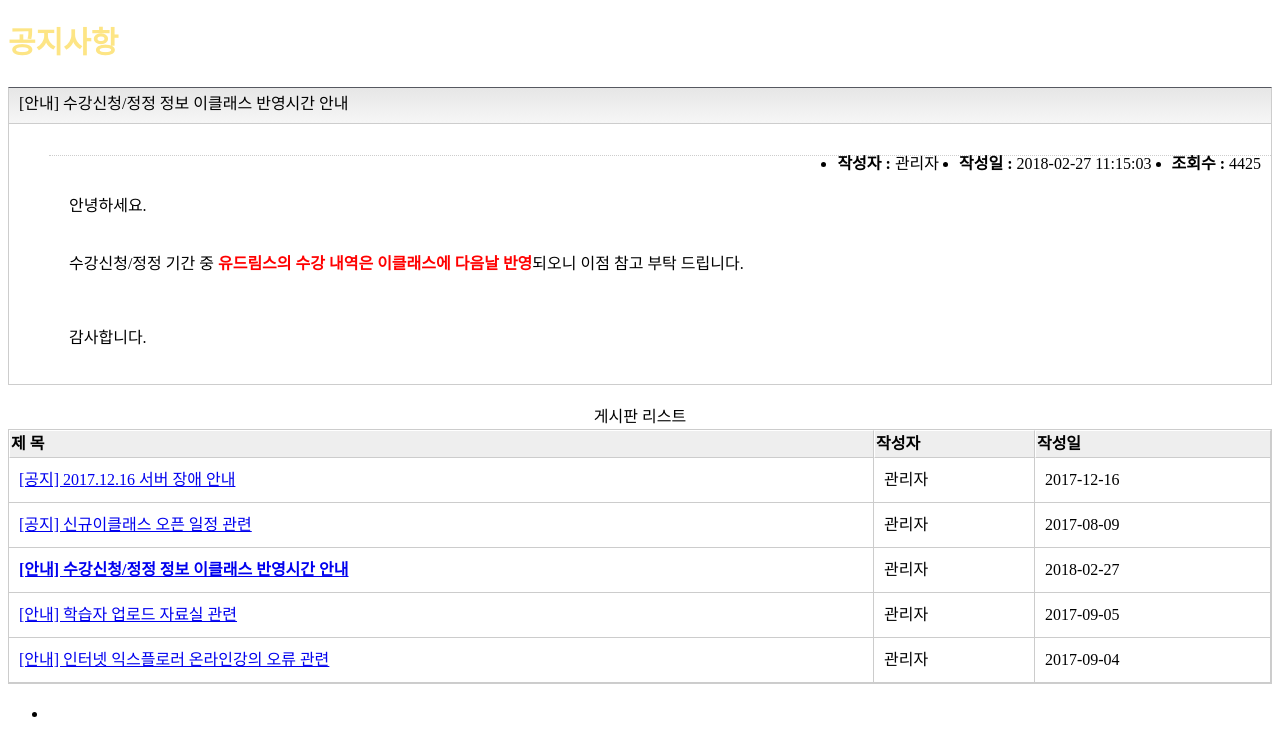
Repository: CSID-DGU/2019-1-CECD3-FFChain-2
Page: http://localhost/icip.app/WEB-INF/jsp/icip/notice/noticeView.jsp
The author's editor kept a copy of each file at every save. The page is drawn from the files as they stood at one save, then again after the next save.
The browser window is 1280 px wide. The pictures show the whole page.
The page is served by Tomcat 9. Nobody is signed in. Other server files are loaded and not shown. The template is opened directly, without the code that normally fills it, so the values that code supplies are empty.

Above is the page before, as saved 2019-08-19 11:34:38.

### icip.app/src/main/webapp/WEB-INF/jsp/icip/notice/noticeView.jsp
<%@ page contentType="text/html; charset=utf-8" pageEncoding="utf-8"%>
<%@ taglib prefix="fmt" uri="http://java.sun.com/jsp/jstl/fmt"%>
<%@ taglib prefix="c" uri="http://java.sun.com/jsp/jstl/core"%>
<%@ taglib prefix="form" uri="http://www.springframework.org/tags/form"%>
<%@ taglib uri="http://java.sun.com/jsp/jstl/functions" prefix="fn"%>
<%@ taglib prefix="spring" uri="http://www.springframework.org/tags"%>
<!DOCTYPE html PUBLIC "-//W3C//DTD HTML 4.01 Transitional//EN" "http://www.w3.org/TR/html4/loose.dtd">
<html>
<head>
</head>
<style>
#listBox div.listContent > dd > ul > li
{
    float: left;
    margin-right: 20px;
}
#listBox div.listContent dd.info {
    padding: 0 10px;
    border-bottom: 1px dotted #cdcdcd;
    height:15px;
    line-height:15px;
}
#listBox div.listContent dt {
    padding: 5px 10px;
    border-bottom: 1px solid #cdcdcd;
    line-height: 22px;
    min-height: 25px;
    background: #e6e6e6;
    background: -webkit-gradient(linear, 0 0, 0 bottom, from(#e6e6e6), to(#f6f6f6));
    background: -webkit-linear-gradient(#e6e6e6, #f6f6f6);
    background: -moz-linear-gradient(#e6e6e6, #f6f6f6);
    background: -ms-linear-gradient(#e6e6e6, #f6f6f6);
    background: -o-linear-gradient(#e6e6e6, #f6f6f6);
    background: linear-gradient(#e6e6e6, #f6f6f6);
}
div.cont
{
padding:20px;
}

#listBox div.listContent {
    clear: both;
    position: relative;
    margin-bottom: 20px;
    border: 1px solid #cdcdcd;
    border-top: 1px solid #565860;
}
.boardListBasic {
    width: 100%;
    border: 1px solid #cdcdcd;
    border-top: 1px solid #565860;
}

table.boardListBasic {
    border-collapse: separate;
    border-spacing: 0;
    text-align: left;
    line-height: 1.5;
    border-top: 1px solid #ccc;
    border-left: 1px solid #ccc;
}

table.boardListBasic th {
    font-weight: bold;
    vertical-align: top;
    border-right: 1px solid #ccc;
    border-bottom: 1px solid #ccc;
    border-top: 1px solid #fff;
    border-left: 1px solid #fff;
    background: #eee;
}
table.boardListBasic td {
    padding: 10px;
    vertical-align: top;
    border-right: 1px solid #ccc;
    border-bottom: 1px solid #ccc;
}

</style>
<body>
<div style = "padding-top: 10px; font-size:30px; padding-bottom:25px; color : #fde585; font-weight:bold " >
공지사항
</div>
<div id="listBox">
				<div class="listContent">
				<dt>
						 [안내] 수강신청/정정 정보 이클래스 반영시간 안내
				</dt>
						<dd class="info">
							<ul class="fl ml10">
							</ul>
							<ul class="fr mr10" style="float:right;">
							<li><b>작성자 :</b> <span id="suserinfo" style="" onclick="javascript:learnerInfo('admin1');">관리자</span></li>
							<li><b>작성일 :</b> 2018-02-27 11:15:03</li>
							<li class="m0" style="margin-right:0px"><b>조회수 :</b> 4425</li>
							</ul>
						</dd>
						<dd>
							<div class="cont"><p>안녕하세요. </p><p><br>수강신청/정정 기간 중 <strong><span style="color: rgb(255, 0, 0);">유드림스의 수강 내역은 </span><font color="#ff0000">이클래스에 다음날 반영</font></strong>되오니 이점 참고 부탁 드립니다.</p><p><br></p><p>감사합니다.<br></p></div>

						</dd>
						</dl>

							<div class="answerArea">

						</div>
					</div>

						<div id="listBox">
						</div><table class="boardListBasic" summary="게시판 리스트입니다.">
							<caption>게시판 리스트</caption>
							<thead>
								<tr class="odd-row">
									<th class="first">제 목</th>
									<th>작성자</th>
									<th class="last">작성일</th>
								</tr>
							</thead>
							<tbody>

									<tr class="odd-row">
											<td class="textLeft first">
												<div style="margin-left: 0px;" align="absmiddle" alt="">
													<a href="#;" onclick="javascript:moveBoardView('BOAD_171216110316331d7655', '0')">

															[공지] 2017.12.16 서버 장애 안내
													</a>
												</div>
											</td>
											<td>
												관리자
											</td>
											<td class="last">
												2017-12-16
											</td>
										</tr>

										<tr>
											<td class="textLeft first">
												<div style="margin-left: 0px;" align="absmiddle" alt="">
													<a href="#;" onclick="javascript:moveBoardView('BOAD_170809131412cfe20003', '0')">

															[공지] 신규이클래스 오픈 일정 관련
													</a>
												</div>
											</td>
											<td>
												관리자
											</td>
											<td class="last">
												2017-08-09
											</td>
										</tr>
										<tr class="odd-row">
											<td class="textLeft first">
												<div style="margin-left: 0px;" align="absmiddle" alt="">
													<a href="#;" onclick="javascript:moveBoardView('BOAD_180227111503550900e1', '0')">

															<b><i class="icon-arrow-small-black"></i>[안내] 수강신청/정정 정보 이클래스 반영시간 안내</b>
													</a>
												</div>
											</td>
											<td>
												관리자
											</td>
											<td class="last">
												2018-02-27
											</td>
										</tr>

										<tr>
											<td class="textLeft first">
												<div style="margin-left: 0px;" align="absmiddle" alt="">
													<a href="#;" onclick="javascript:moveBoardView('BOAD_170905182259ef57201b', '0')">

															[안내] 학습자 업로드 자료실 관련
													</a>
												</div>
											</td>
											<td>
												관리자
											</td>
											<td class="last">
												2017-09-05
											</td>
										</tr>

										<tr class="odd-row">
											<td class="textLeft first">
												<div style="margin-left: 0px;" align="absmiddle" alt="">
													<a href="#;" onclick="javascript:moveBoardView('BOAD_170904164429ea1c03c0', '0')">

															[안내] 인터넷 익스플로러 온라인강의 오류 관련
													</a>
												</div>
											</td>
											<td>
												관리자
											</td>
											<td class="last">
												2017-09-04
											</td>
										</tr>
							</tbody>
						</table>
						<ul class="btnBox">
								<li style =" padding-left : 500px">
									<a class="btn small" href="noticeList.do" style="color: white;">
										<i class="icon-report-small-color"></i>
										목 록
									</a>
								</li>
							</ul>
<script>
//목록
function fn_cancel(){

    var form = document.getElementById("viewForm");

    form.action = "<c:url value='noticeList.do'/>";
    form.submit();

}

//수정
function fn_update(){

    var form = document.getElementById("viewForm");

    form.action = "<c:url value='updateNotice.do'/>";
    form.submit();
}
</script>
</div>
</body>
</html>

After the next save:
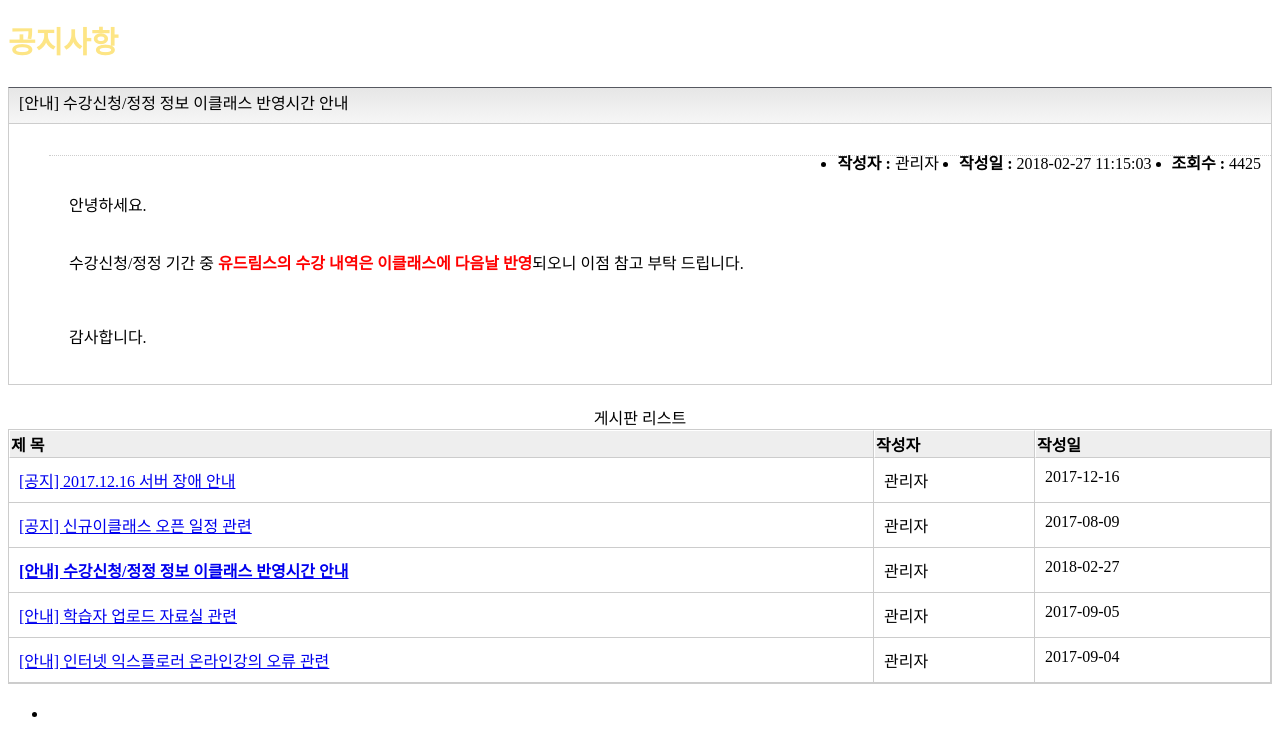
Saved 28 s later.
--- a/icip.app/src/main/webapp/WEB-INF/jsp/icip/notice/noticeView.jsp
+++ b/icip.app/src/main/webapp/WEB-INF/jsp/icip/notice/noticeView.jsp
@@ -55,7 +55,6 @@ table.boardListBasic {
     border-collapse: separate;
     border-spacing: 0;
     text-align: left;
-    line-height: 1.5;
     border-top: 1px solid #ccc;
     border-left: 1px solid #ccc;
 }
